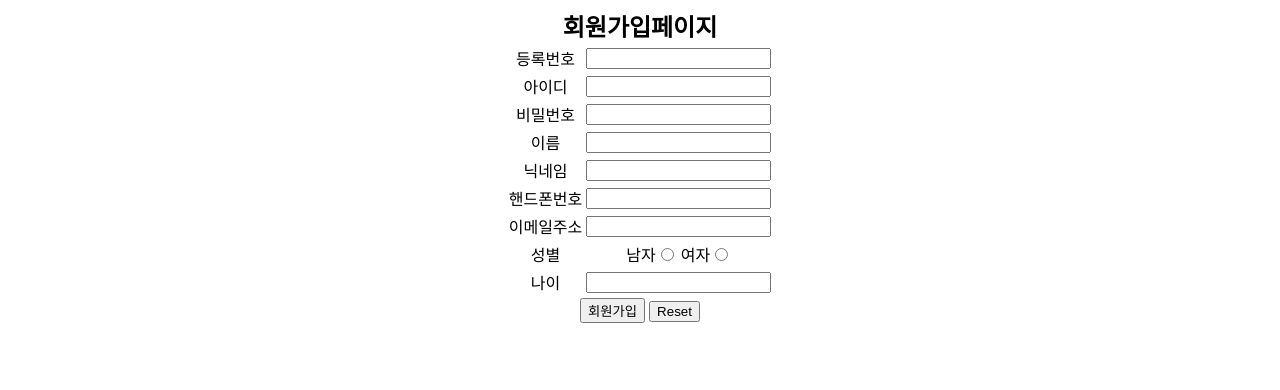
Repository: leejonggwon/Amora-Project
Page: http://localhost/MemberSystem/join.jsp
The author's editor kept a copy of each file at every save. The page is drawn from the files as they stood at one save, then again after the next save.
The browser window is 1280 px wide. The pictures show the whole page.
The page is served by Tomcat 9. Other server files are loaded and not shown.

Above is the page before, as saved 2023-07-22 10:30:39.

### 04.Server/MemberSystem/src/main/webapp/join.jsp
<%@ page language="java" contentType="text/html; charset=EUC-KR"
    pageEncoding="EUC-KR"%>
<!DOCTYPE html>
<html>
<head>
<meta charset="EUC-KR">
<title>Insert title here</title>
<style type="text/css">
   #wrap, h2, table{
      margin: auto;
      text-align: center;
   }

</style>
</head>
<body>
   <div id="wrap">
      <h2>회원가입페이지</h2>
      <form action="joinService.jsp" method="post">
         <table>
            <tr>
               <td>등록번호</td>
               <td><input type="text" name="id"></td>
            </tr>
            <tr>
               <td>아이디</td>
               <td><input type="password" name="pw"></td>
            </tr>
            <tr>
               <td>비밀번호</td>
               <td><input type="text" name="nick"></td>
            </tr>
            <tr>
               <td>이름</td>
               <td><input type="email" name="email"></td>
            </tr>
            <tr>
               <td>닉네임</td>
               <td><input type="tel" name="phone"></td>
            </tr>
            <tr>
               <td>핸드폰번호</td>
               <td><input type="tel" name="phone"></td>
            </tr>
            <tr>
               <td>이메일주소</td>
               <td><input type="tel" name="phone"></td>
            </tr>
            <tr>
               <td>성별</td>
               <td>
                  남자<input type="radio" name="gender" value="남자">
                  여자<input type="radio" name="gender" value="여자">
               </td>
            </tr>
            <tr>
               <td>나이</td>
               <td><input type="number" name="age"></td>
            </tr>
            <tr>
               <td colspan="2">
                  <input type="submit" value="회원가입">
                  <input type="reset">
               </td>
            </tr>



         </table>
      </form>
   </div>
</body>
</html>

After the next save:
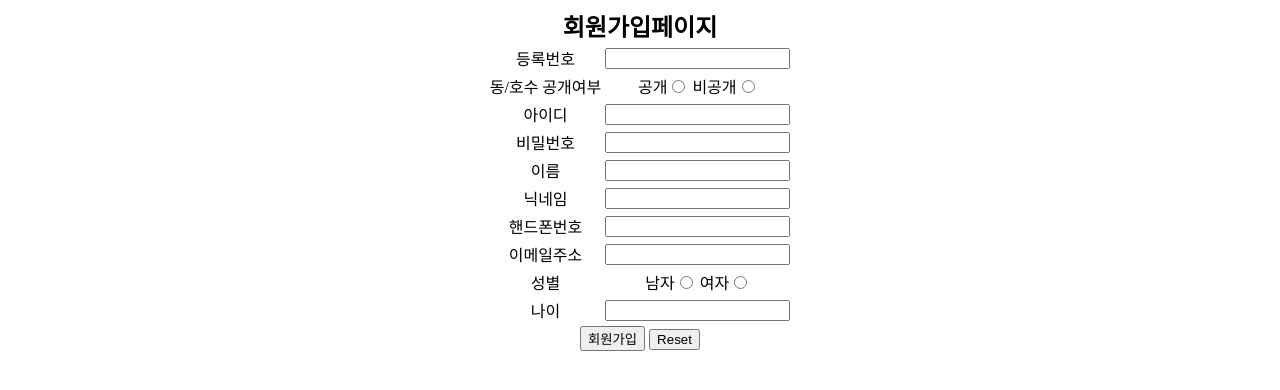
Saved 3 min 56 s later.
--- a/04.Server/MemberSystem/src/main/webapp/join.jsp
+++ b/04.Server/MemberSystem/src/main/webapp/join.jsp
@@ -22,6 +22,12 @@
                <td>등록번호</td>
                <td><input type="text" name="id"></td>
             </tr>
+             <tr>
+               <td>동/호수 공개여부</td>
+               <td>
+                  공개<input type="radio" name="gender" value="남자">
+                  비공개<input type="radio" name="gender" value="여자">
+               </td>
             <tr>
                <td>아이디</td>
                <td><input type="password" name="pw"></td>
